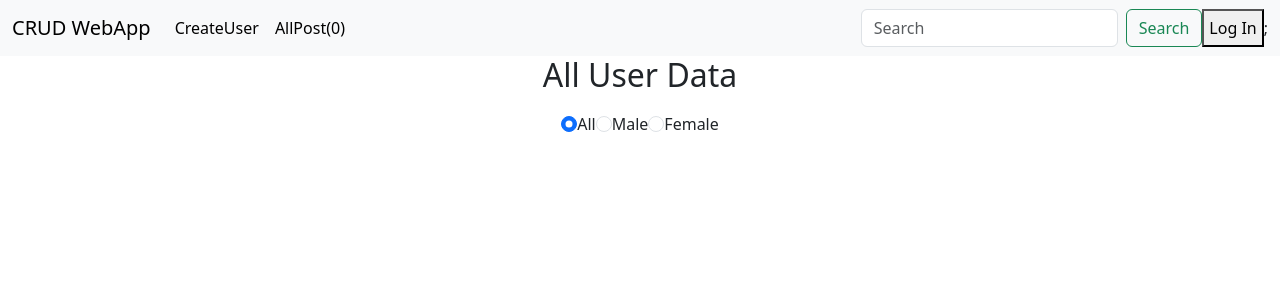
Repository: suraj-yadav7/createpost-redux
Page: /read
These files come from the project's save history. The page is drawn as it stood at one moment and after the next save; the edit follows.
The browser window is 1280 px wide. The pictures show the whole page.
The page's requests for data from a server got no answer. The project was rebuilt for these pictures with package versions that can differ from the ones it lists, and the page was loaded fresh each time. No one was signed in, and anything a server would have sent is missing. Also part of the build but not shown: vite.config.js, src/App.css, src/assets/viewuser.css, src/components/ViewUser.jsx, src/components/UpdateUser.jsx, src/components/CreateData.jsx, src/index.css.

Above is the page before, as saved 2023-05-25 23:33:45.

After the next save:
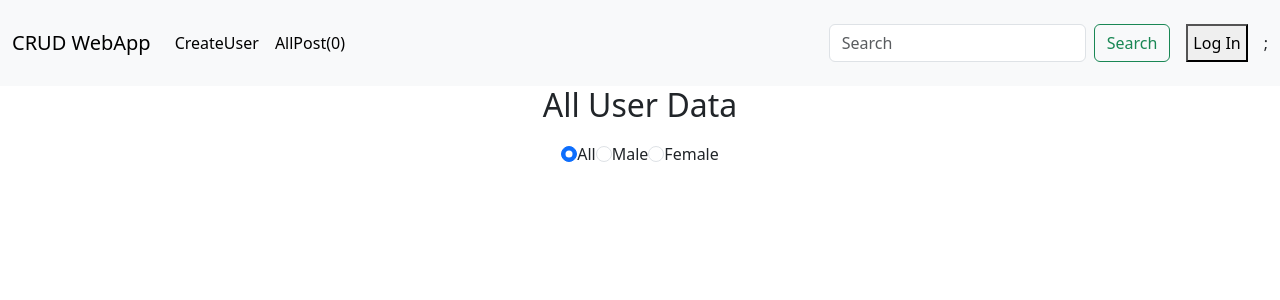
Saved 20 s later.
--- a/src/components/Navbar.jsx
+++ b/src/components/Navbar.jsx
@@ -38,7 +38,7 @@ const Navbar = () => {
               <input className="form-control me-2" type="search" onChange={(e)=>setSearchVal(e.target.value)} placeholder="Search" aria-label="Search" />
               <button className="btn btn-outline-success" type="submit">Search</button>
             </form>
-            <button style={{padding:"5px"}} onClick={() => loginWithRedirect()}>Log In</button>;
+            <button style={{padding:"5px", margin:"1rem"}} onClick={() => loginWithRedirect()}>Log In</button>;
           </div>
         </div>
       </nav>
